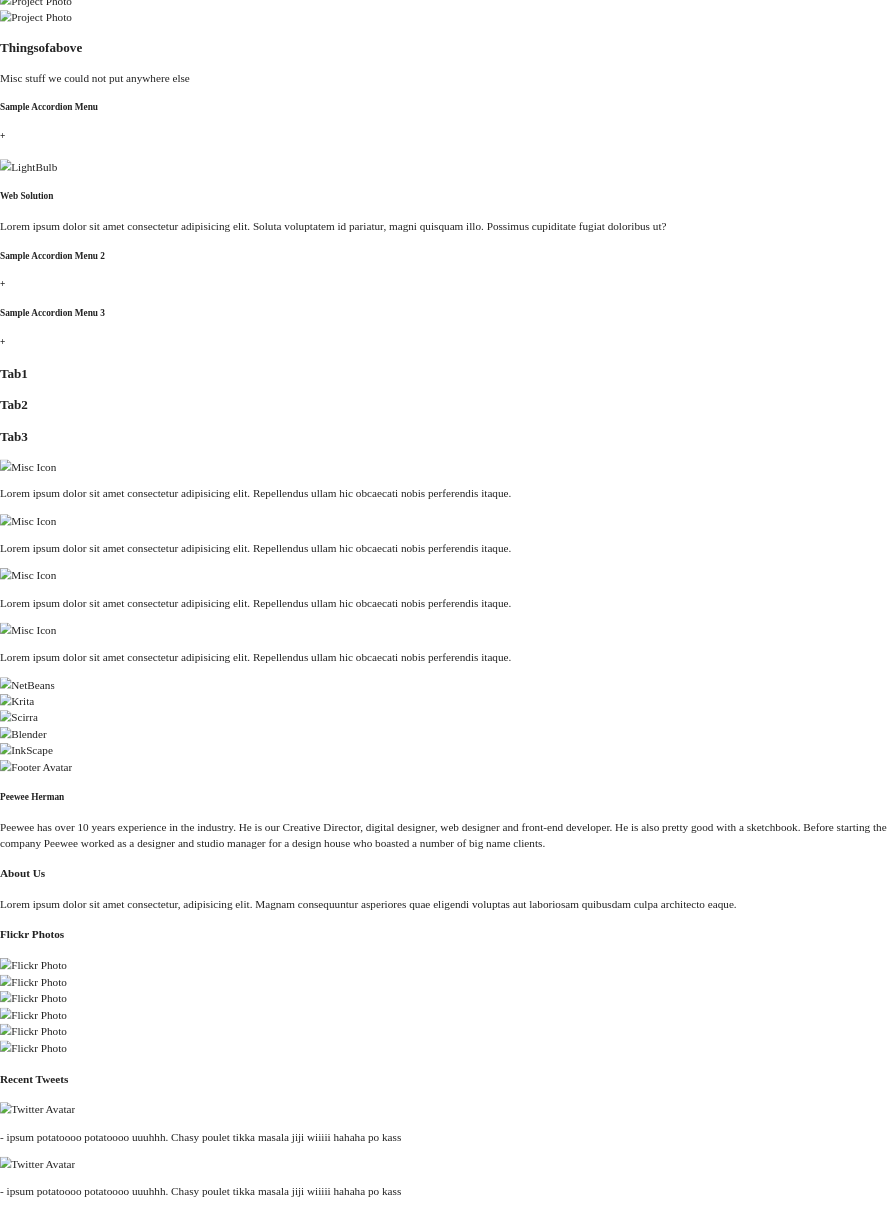
Repository: wilyyy/metrolics
Page: index.html
An editor plug-in stored every save of this project. The page is shown before and after the next save, followed by the edit.
The browser window is 1280 px wide. The pictures show the part of the page from y = 2741 to 4661 px (the page is 4471 px tall before and 4661 px after), at 70% of full size.

Above is the page before, as saved 2021-01-27 11:03:39.

After the next save:
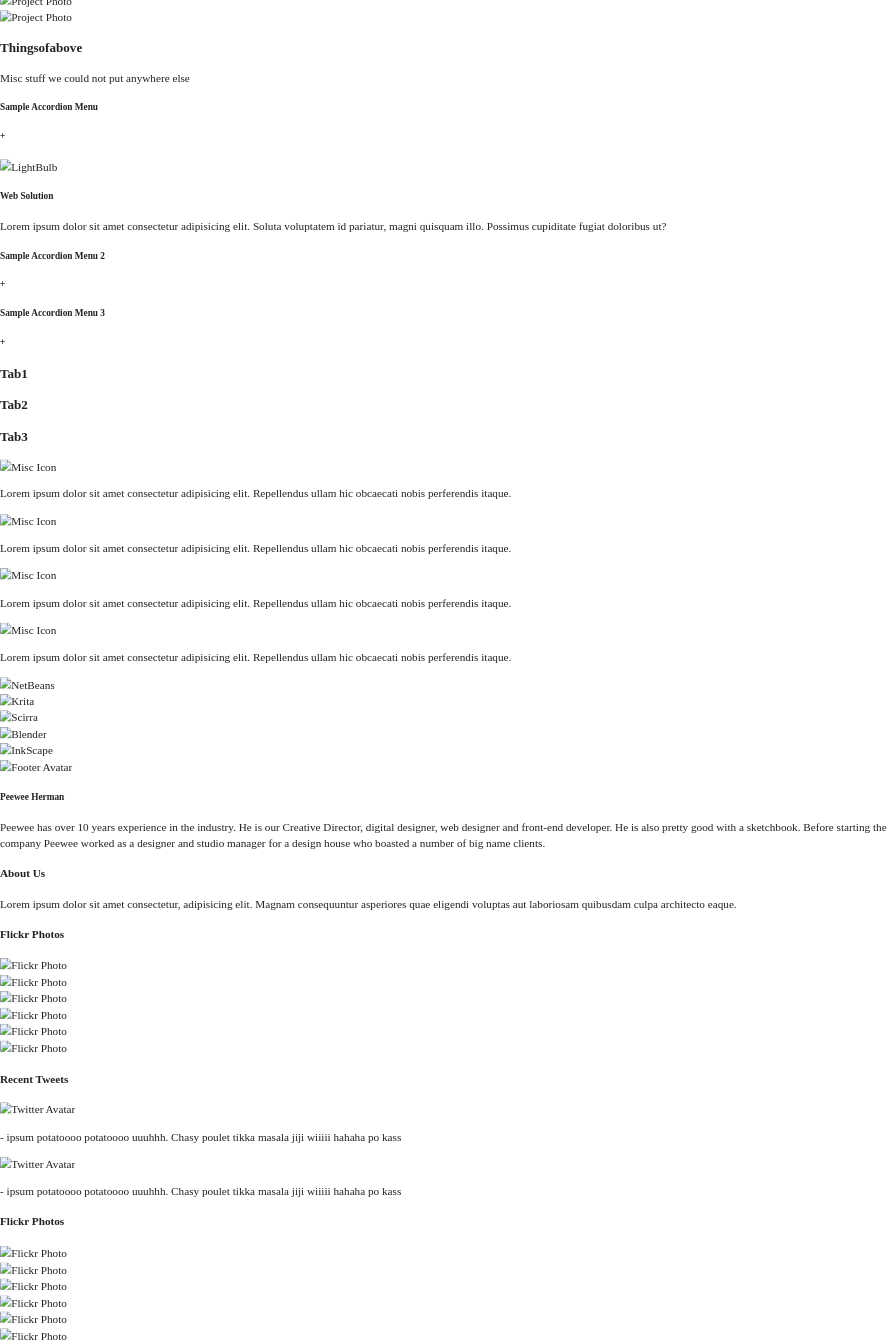
Saved 63 s later.
--- a/index.html
+++ b/index.html
@@ -399,6 +399,18 @@
           </div>
         </div>
       </div>
+
+      <div class="footer-info-container">
+        <h4>Flickr Photos</h4>
+        <div class="flickr-container">
+          <div class="flickr-photo"><img src="" alt="Flickr Photo"></div>
+          <div class="flickr-photo"><img src="" alt="Flickr Photo"></div>
+          <div class="flickr-photo"><img src="" alt="Flickr Photo"></div>
+          <div class="flickr-photo"><img src="" alt="Flickr Photo"></div>
+          <div class="flickr-photo"><img src="" alt="Flickr Photo"></div>
+          <div class="flickr-photo"><img src="" alt="Flickr Photo"></div>
+        </div>
+      </div>
     </div>
   </footer>
 
